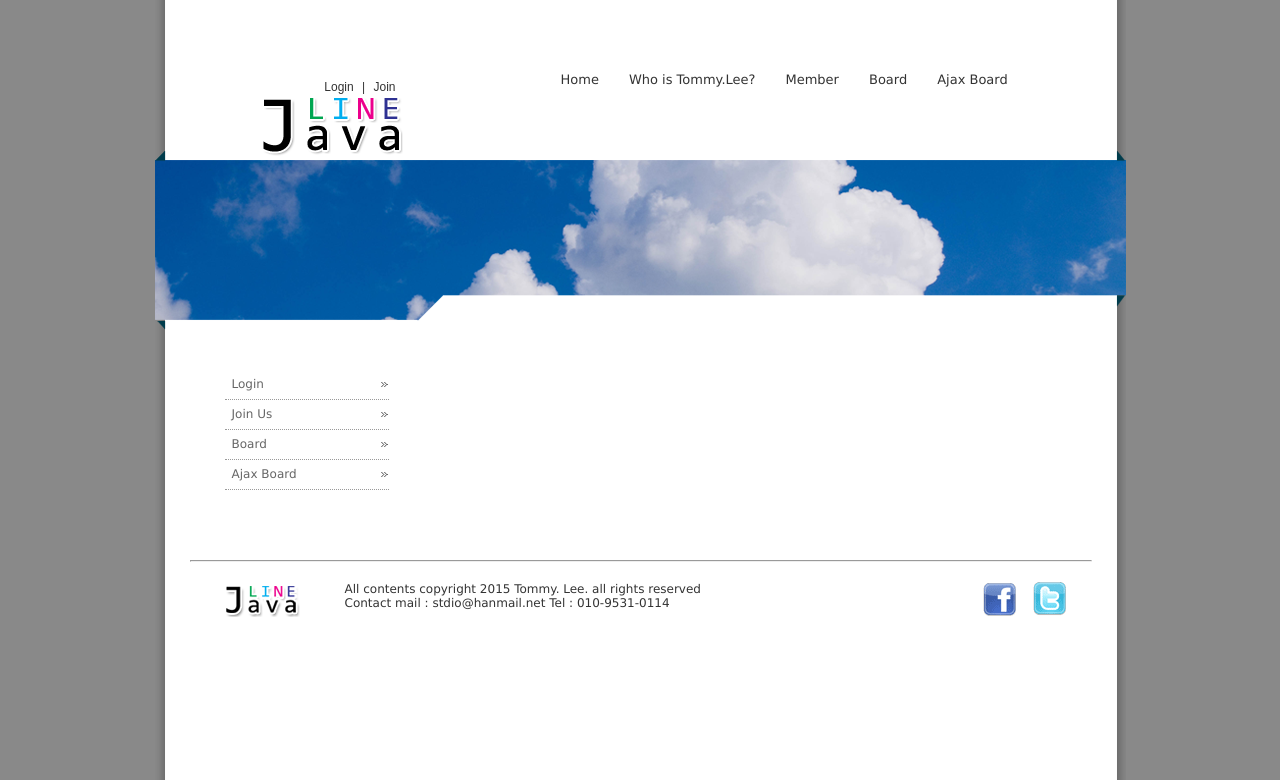
Repository: JIYEON25/HTML-CSS-JS
Page: http://localhost/myHTML/
An editor plug-in stored every save of this project. The page is shown before and after the next save, followed by the edit.
The browser window is 1280 px wide. The pictures show the whole page.
The page is served by Tomcat 9.

Above is the page before, as saved 2023-09-07 00:20:27.

### myJSP/myHTML/src/main/webapp/default.html
<!DOCTYPE html>
<html lang="ko">
<head>
  <meta charset="UTF-8">
  <link rel="stylesheet" type="text/css" href="default.css">
  <title>페이지 전체 구조</title>
</head>
<body>
<div id="warp">
  <header>
    <div id="logo">
    <div id="login"><a href="#">Login</a> | <a href="#">Join</a></div>
		<div class="clear"></div>
      <img src="images/logo.png" width="265" height="62" alt="Javaline Web">
    </div>
    <div>
    <nav id="top_menu">
		<ul>
			<li><a href="#">Home</a></li>
			<li><a href="#">Who is Tommy.Lee?</a></li>
			<li><a href="#">Member</a></li>
			<li><a href="#">Board</a></li>
			<li><a href="#">Ajax Board</a></li>
		</ul>
	</nav>
	</div>
	</header>
	<div id="sub_img"></div>
    <!--왼쪽의 서브메뉴가 들어가는 곳-->
  <nav id="sub_menu">
		<ul>
			<li><a href="#">Login</a>
			<li><a href="#">Join Us</a>
			<li><a href="#">Board</a>
			<li><a href="#">Ajax Board</a>
		</ul>
	</nav>
	<!--실제 내용 콘텐츠가 들어가는 곳-->
	<article>
		<div class="clear"></div>
	</article>
	<!-- 푸터가 들어가는 곳 -->
	<footer>
		<hr>
		<div id="copy">
		All contents copyright 2015 Tommy. Lee. all rights reserved<br>
		Contact mail : stdio@hanmail.net Tel : 010-9531-0114
		</div>
		<div id="social">
		<img src="images/facebook.gif" width="33" height="33" alt="Facdebook">
		<img src="images/twitter.gif" width="33" height="34" alt="Twitter">
		</div>
	</footer>

 </div>
</body>
</html>

### myJSP/myHTML/src/main/webapp/css/default.css
@charset "UTF-8";

body{
	background-color:#898989;
	margin:0; padding:0; font-size:0.75em;
	line-height:1.2em; color:#333;
}

#warp{
	width:971px; /*각 웹페이지의 크기에 맞게 사이즈 조정*/
	text-align:left; margin:0;
	margin-right:auto; margin-left: auto;
	background-image:url(../images/shadow.png);
	background-repeat:repeat-y;
	min-height:780px;
}

#logo{
	float:left; width:265px; margin:60px 0 0 40px;
}

header{
	height:151px;
}

.clear {
	clear:both;
}

nav#top_menu{
	width:600px;
	margin:50px 20px 0 0;
	float:right;
}

nav#top_menu ul{
	list-style:none;
	font-family:Verdana, Geneva, sans-serif;
	font-size:13px; font-weight:100; color:#333;
}

nav#top_menu ul li{
	float:left; margin:0 5px;
}

nav#top_menu a{
	display:block; height:20px; padding:10px; text-decoration:none; color:#333;
}

nav#top_menu a:hover{
	background-image:url(../images/blue.gif);
	background-repeat:repeat-x;
	background-position:bottom;
}

#login{
	float:right; margin:20px 64px 0 0; font-family:Arial, Helvetica, sans-serif;
	font-size:12px; word-spacing:5px;
}

#login a{
	text-decoration:none; color:#333;
}

#login a:hover{
	color:#F90;
}

footer{
	margin:50px 0 0 0; height:80px;
	background-image:url(../images/under_logo.png);
	background-repeat:no-repeat;
	background-position:40px center;
}

footer hr{
	width:900px; margin:0 0 0 35px;
}

footer #copy{
	font-family:Verdana, Geneva, sans-serif;
	width:450px; margin:20px 0 0 190px; float:left;
}

footer #social{
	width:130px; margin:20px 20px 0 0; float:right;
}

footer #social img{
	margin:0 7px;
}

#sub_menu{
	width:238px; float:left; margin:20px;
	font-family:Verdana, Geneva, sans-serif;
	font-size:1em;
}

#sub_menu ul{
	margin:20px 0 0 10px; list-style:none;
}

#sub_menu a{
	text-decoration:none; color:#666; display:block;
	height:15px; width:150px; padding:7px;
	border-bottom-width: 1px;
	border-bottom-style: dotted;
	border-bottom-color:#999;
	background-image: url(../images/bullet.gif);
	background-repeat:no-repeat;
	background-position:right center;
}

#sub_menu a:hover{
	background-image:url(../images/bullet_orange.gif);
	background-repeat:no-repeat;
	background-position:right center;
	color:#F90;
}

#sub_img{
	width:971px; height:179px;
	background-image:url(images/sub_back.png);
	background-repeat:no-repeat;
	background-position:left top;
}

After the next save:
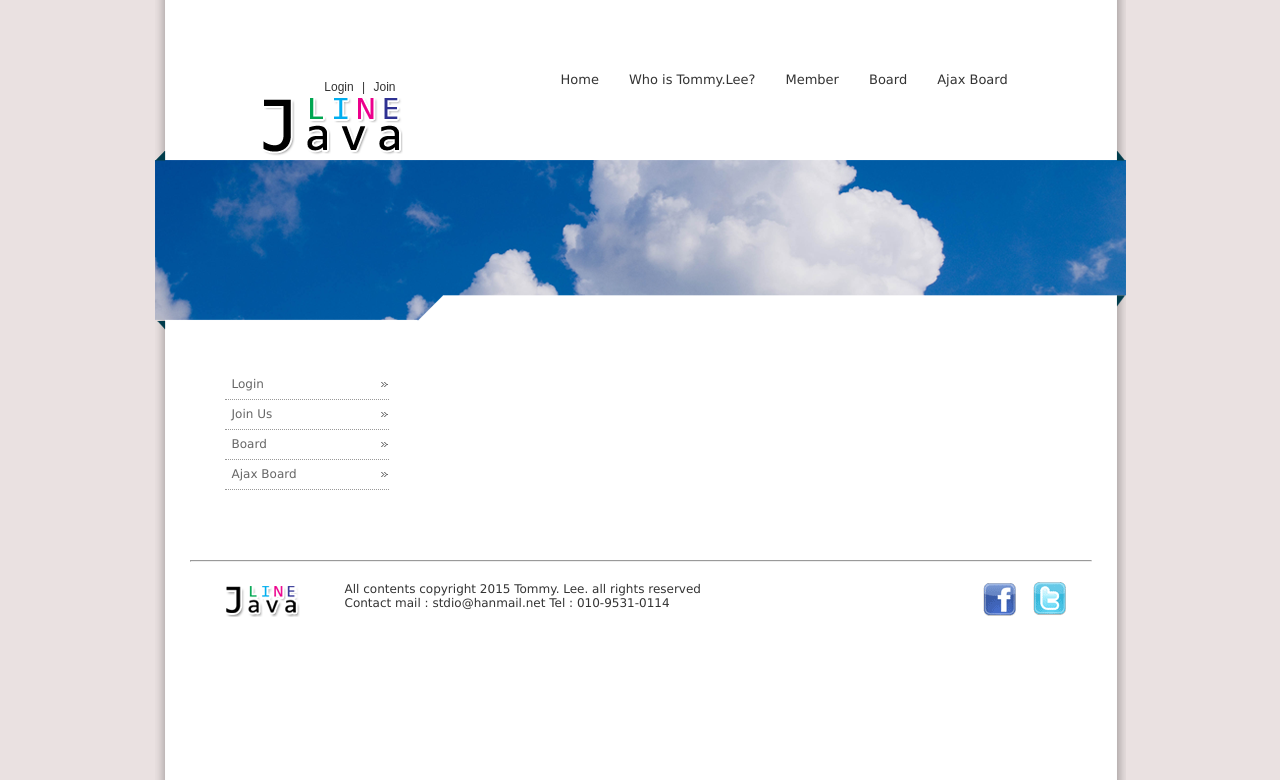
Saved 14 s later.
--- a/myJSP/myHTML/src/main/webapp/css/default.css
+++ b/myJSP/myHTML/src/main/webapp/css/default.css
@@ -1,7 +1,7 @@
 @charset "UTF-8";
 
 body{
-	background-color:#898989;
+	background-color:#eae1e1;
 	margin:0; padding:0; font-size:0.75em;
 	line-height:1.2em; color:#333;
 }
@@ -10,7 +10,7 @@
 	width:971px; /*각 웹페이지의 크기에 맞게 사이즈 조정*/
 	text-align:left; margin:0;
 	margin-right:auto; margin-left: auto;
-	background-image:url(../images/shadow.png);
+	background-image:url(../05/images/shadow.png);
 	background-repeat:repeat-y;
 	min-height:780px;
 }
@@ -48,7 +48,7 @@
 }
 
 nav#top_menu a:hover{
-	background-image:url(../images/blue.gif);
+	background-image:url(../05/images/blue.gif);
 	background-repeat:repeat-x;
 	background-position:bottom;
 }
@@ -68,7 +68,7 @@
 
 footer{
 	margin:50px 0 0 0; height:80px;
-	background-image:url(../images/under_logo.png);
+	background-image:url(../05/images/under_logo.png);
 	background-repeat:no-repeat;
 	background-position:40px center;
 }
@@ -106,13 +106,13 @@
 	border-bottom-width: 1px;
 	border-bottom-style: dotted;
 	border-bottom-color:#999;
-	background-image: url(../images/bullet.gif);
+	background-image: url(../05/images/bullet.gif);
 	background-repeat:no-repeat;
 	background-position:right center;
 }
 
 #sub_menu a:hover{
-	background-image:url(../images/bullet_orange.gif);
+	background-image:url(../05/images/bullet_orange.gif);
 	background-repeat:no-repeat;
 	background-position:right center;
 	color:#F90;
